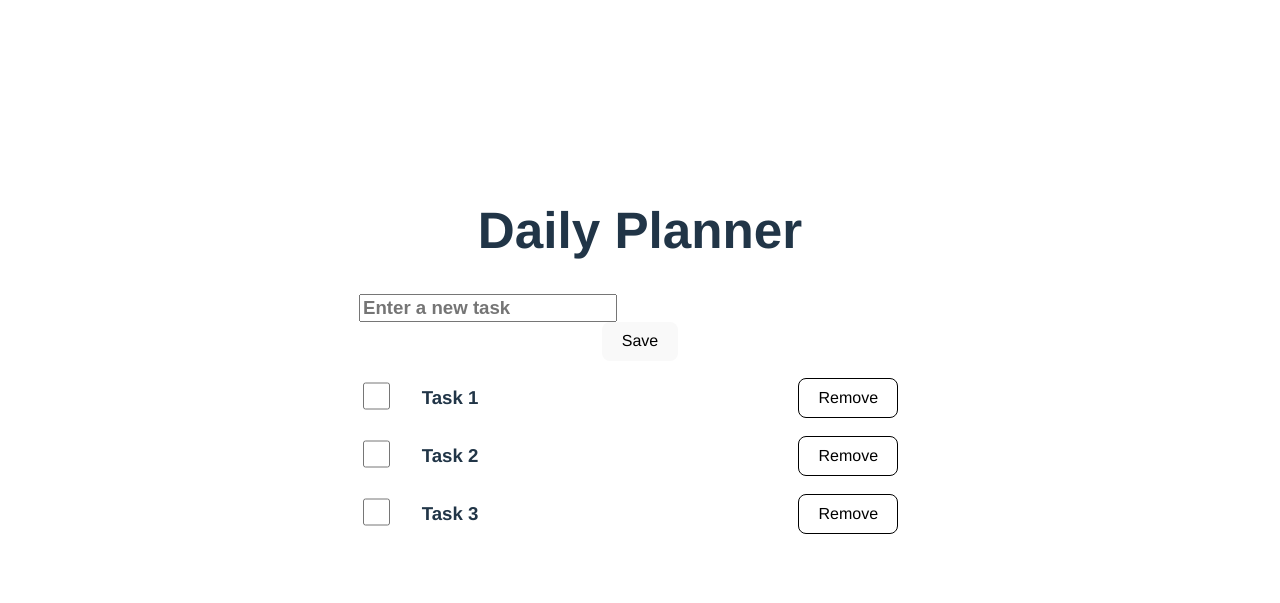
Repository: MonicaNguyenH/Frontend_Assignment6
Page: / (app in react/)
An editor plug-in stored every save of this project. The page is shown before and after the next save, followed by the edit.
The browser window is 1280 px wide. The pictures show the whole page.
The project was rebuilt for these pictures with package versions that can differ from the ones it lists, and the page was loaded fresh each time. Also part of the build but not shown: react/vite.config.js.

Above is the page before, as saved 2024-10-11 00:11:46.

After the next save:
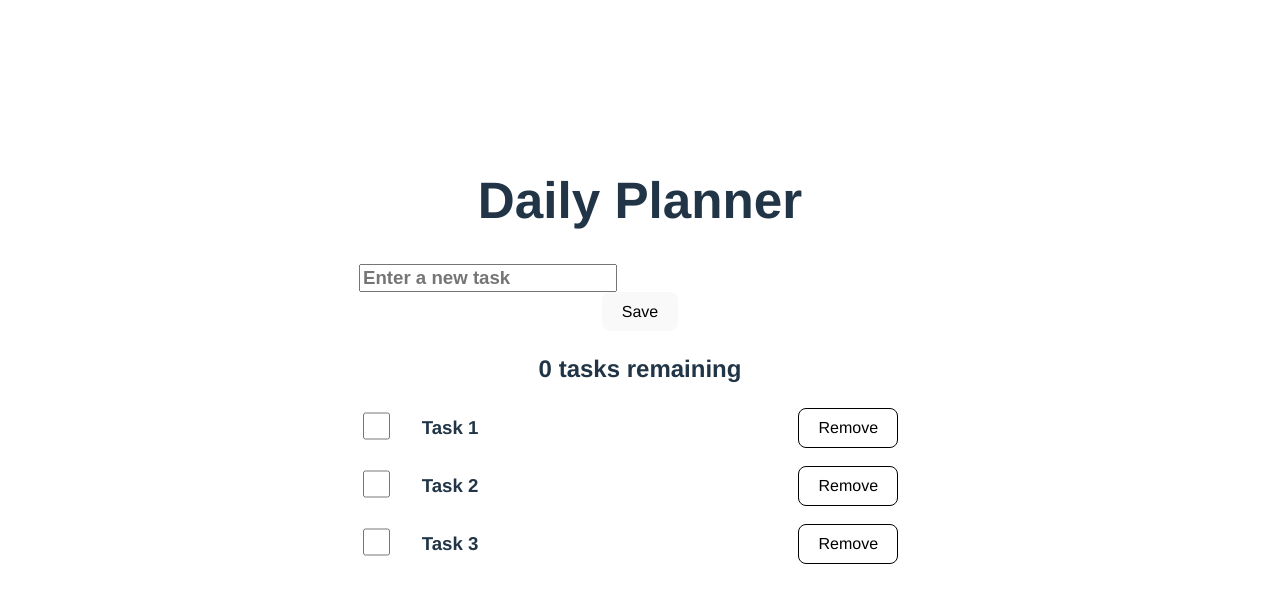
Saved 6 min 51 s later.
--- a/react/src/App.jsx
+++ b/react/src/App.jsx
@@ -8,15 +8,18 @@ function App() {
     const [task, setTask] = useState([]);
 
     const addTask = (newTask) => {
-      setTask([...task, newTask]);
+      setTask([...task, {...newTask, completed: false}]); // add task incompleted by default
     };
 
     const toggleComplete = (taskId) => {
       const updatedTasks = task.map(task =>
-        task.id === taskId ? { ...task, completed: !task.completed } : task
+        task.id === taskId ? { ...task, completed: !task.completed } : task // toggle task completed status
       );
-      setTask(updatedTasks);
+      setTask(updatedTasks); // update the state with the new task list
     };
+
+    // count remaining task
+    const remainingTask = task.filter(task => !task.completed).length;
 
   return (
     <>
@@ -24,6 +27,7 @@ function App() {
         <h1>Daily Planner</h1>
         <div>
           <TaskForm addTask={addTask} /> {/* Pass addTask to TaskForm */}
+          <h2>{remainingTask} task{remainingTask !== 1 ? 's' : ''} remaining</h2> {/* count remaining (more than 1 have 's') */}
           {task.map((task) => (
             <Task
               key={task.id}
